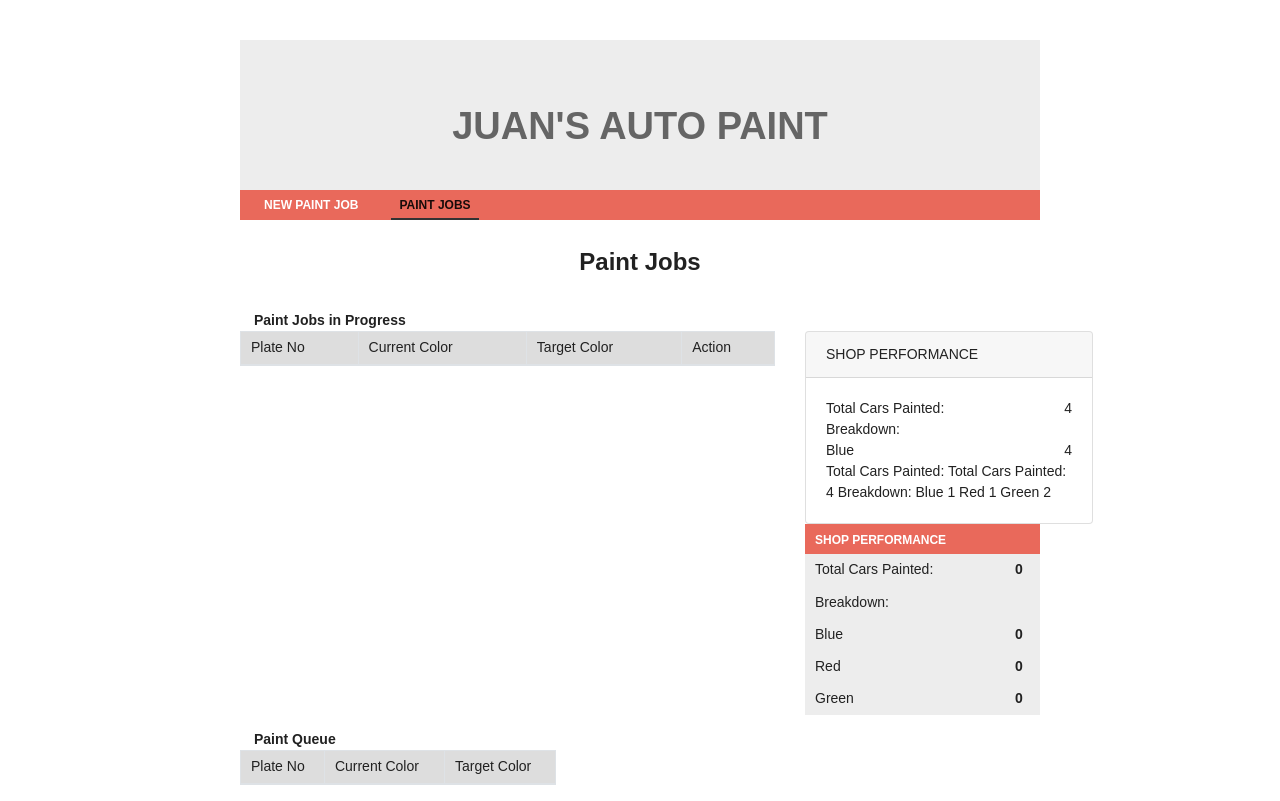
Repository: soycaringal/paint-job
Page: http://localhost/jobs
The author's editor kept a copy of each file at every save. The page is drawn from the files as they stood at one save, then again after the next save.
The browser window is 1280 px wide. The pictures show the whole page.
The page is served by the project's Laravel application, run on PHP 8.4 with Laravel 8. Other server files are loaded and not shown. Queries for data that is not in the repository find no rows.

Above is the page before, as saved 2020-02-23 19:58:57.

### routes/web.php
<?php

/*
|--------------------------------------------------------------------------
| Web Routes
|--------------------------------------------------------------------------
|
| Here is where you can register web routes for your application. These
| routes are loaded by the RouteServiceProvider within a group which
| contains the "web" middleware group. Now create something great!
|
*/

Route::get('/', 'CarController@index')->name('home');
Route::get('/jobs', 'CarController@jobs')->name('jobs');
Route::post('/car', 'CarController@store')->name('car.store');

// Route::post('/car', function () {

//     return 'aw';
// });

### app/Http/Controllers/CarController.php
<?php

namespace App\Http\Controllers;

use App\Car;
use Illuminate\Http\Request;

class CarController extends Controller
{
    private $car;

    public function __construct(Car $car) {
        $this->car = $car;
    }

    /**
     * Display a listing of the resource.
     *
     * @return \Illuminate\Http\Response
     */
    public function index()
    {
        $cars = $this->car->all();
        return view('home', compact('cars'));
    }

        /**
     * Display a listing of the resource.
     *
     * @return \Illuminate\Http\Response
     */
    public function jobs()
    {
        return view('jobs');
    }

    /**
     * Show the form for creating a new resource.
     *
     * @return \Illuminate\Http\Response
     */
    public function create()
    {
        //
    }

    /**
     * Store a newly created resource in storage.
     *
     * @param  \Illuminate\Http\Request  $request
     * @return \Illuminate\Http\Response
     */
    public function store(Request $request)
    {
        $data = $request->all();

        $car = new Car();
        $car->plate_no = $data['plate_no'];
        $car->current_color = $data['current_color'];
        $car->target_color = $data['target_color'];
        $car->save();

        return redirect('jobs');
    }

    /**
     * Display the specified resource.
     *
     * @param  \App\Car  $car
     * @return \Illuminate\Http\Response
     */
    public function show(Car $car)
    {
        //
    }

    /**
     * Show the form for editing the specified resource.
     *
     * @param  \App\Car  $car
     * @return \Illuminate\Http\Response
     */
    public function edit(Car $car)
    {
        //
    }

    /**
     * Update the specified resource in storage.
     *
     * @param  \Illuminate\Http\Request  $request
     * @param  \App\Car  $car
     * @return \Illuminate\Http\Response
     */
    public function update(Request $request, Car $car)
    {
        $car = $this->car->find($request->id);
        $car->status = 'completed';
        $car->save();
    }

    /**
     * Remove the specified resource from storage.
     *
     * @param  \App\Car  $car
     * @return \Illuminate\Http\Response
     */
    public function destroy(Car $car)
    {
        //
    }
}

### resources/views/jobs.blade.php
@extends('layouts.app')

@section('content')
<div class="paint-jobs-content">
    <section>
        <div class="paint-job-title">
            <h1>Paint Jobs</h1>
        </div>
    </section>
    <div class="paint-jobs-wrapper">
        <section class="car-in-progress">
            <h3>Paint Jobs in Progress</h3>
            <table class="table table-bordered">
                <thead class="thead">
                    <tr>
                        <th scope="col">Plate No</th>
                        <th scope="col">Current Color</th>
                        <th scope="col">Target Color</th>
                        <th scope="col">Action</th>
                    </tr>
                </thead>
                <tbody class="car-in-progress-rows">

                </tbody>
            </table>
        </section>
        <section class="car-performance">
            <div class="card" style="width: 18rem;">
                <div class="card-header">SHOP PERFORMANCE</div>
                <div class="card-body">
                    <p class="mb-0">
                        <span class="card-text">Total Cars Painted:</span>
                        <span class="float-right">4</span>
                    </p>
                    <p class="mb-0">
                        <span class="card-text">Breakdown:</span>
                    </p>
                    <p class="mb-0">
                        <span class="card-text">Blue</span>
                        <span class="float-right">4</span>
                    </p>



                    <span>Total Cars Painted:</span>
                    <span>Total Cars Painted:</span>
                    	4
                    Breakdown:
                    Blue	1
                    Red	1
                    Green	2
                </div>
            </div>
            <table class="table table-borderless">
                <thead class="thead">
                    <tr>
                        <th scope="col" colspan="2">SHOP PERFORMANCE</th>
                    </tr>
                </thead>
                <tbody class="car-performance-rows">

                </tbody>
            </table>
        </section>
    </div>

    <section class="car-queue row">
        <div class="col-5">
            <h3>Paint Queue</h3>
            <table class="table table-bordered">
                <thead class="thead">
                    <tr>
                        <th scope="col">Plate No</th>
                        <th scope="col">Current Color</th>
                        <th scope="col">Target Color</th>
                    </tr>
                </thead>
                <tbody class="car-queue-rows">

                </tbody>
            </table>
        </div>
    </section>
</div>

<script>
    $(document).ready(() => {
        getData();
        // poll();
    })

    function templatePending(cars) {
        let template = '\
        <tr> \
            <td>{PLATE_NO}</td> \
            <td>{CURRENT_COLOR}</td> \
            <td>{TARGET_COLOR}</td> \
            <td class="text-center">{ACTION}</td> \
        </tr>';

        let result = '';
        cars.forEach(car => {
            const action = '<a onclick="updateStatus(' + car.id + ')" href="javascript:void(0)">Mark as Completed</>'
            let row =  template
                .replace('{PLATE_NO}', car.plate_no)
                .replace('{CURRENT_COLOR}', car.current_color)
                .replace('{TARGET_COLOR}', car.target_color)
                .replace('{ACTION}', action)

            result += row;
        });

        $('.car-in-progress-rows').html(result);
    }

    function templateQueue(cars) {
        let template = '\
        <tr> \
            <td>{PLATE_NO}</td> \
            <td>{CURRENT_COLOR}</td> \
            <td>{TARGET_COLOR}</td> \
        </tr>';

        let result = '';
        cars.forEach(car => {
            const action = '<a onclick="updateStatus(' + car.id + ')" href="javascript:void(0)">Mark as Completed</>'
            let row =  template
                .replace('{PLATE_NO}', car.plate_no)
                .replace('{CURRENT_COLOR}', car.current_color)
                .replace('{TARGET_COLOR}', car.target_color)

            result += row;
        });

        $('.car-queue-rows').html(result);
    }

    function templatePerformance(car) {
        let template = '\
        <tr> \
            <td>Total Cars Painted:</td> \
            <td>{TOTAL_CARS}</td> \
        </tr> \
        <tr> \
            <td colspan="2">Breakdown:</td> \
        </tr> \
        <tr> \
            <td>Blue</td> \
            <td>{TOTAL_BLUE}</td> \
        </tr> \
        <tr> \
            <td>Red</td> \
            <td>{TOTAL_RED}</td> \
        </tr> \
        <tr> \
            <td>Green</td> \
            <td>{TOTAL_GREEN}</td> \
        </tr>';

        let result =  template
            .replace('{TOTAL_CARS}', car.total_cars)
            .replace('{TOTAL_BLUE}', car.total_blue)
            .replace('{TOTAL_RED}', car.total_red)
            .replace('{TOTAL_GREEN}', car.total_green)

        $('.car-performance-rows').html(result);
    }

    function updateStatus(id) {
        $.post('/api/car', {id: id})
        .then((res) => {
            console.log(res);
        });
    }

    async function getData()  {
        await $.get('/api/cars')
        .then((result) => {
            templatePending(result.pending);
            templateQueue(result.queue);
        });

        await $.get('/api/cars/performance')
        .then((result) => {
            templatePerformance(result);
        });
    }

    function poll() {
        setTimeout(() => {
            getData()
            .then(poll())
        }, 3000);
    }
</script>


@endsection

### resources/views/layouts/app.blade.php
<!DOCTYPE html>
<html lang="{{ str_replace('_', '-', app()->getLocale()) }}">
    <head>
        <meta charset="utf-8">
        <meta name="viewport" content="width=device-width, initial-scale=1">

        <title>Laravel</title>

        <!-- Fonts -->
        <link href="https://fonts.googleapis.com/css?family=Nunito:200,600" rel="stylesheet">
        <link rel="stylesheet" href="https://stackpath.bootstrapcdn.com/bootstrap/4.1.3/css/bootstrap.min.css" integrity="sha384-MCw98/SFnGE8fJT3GXwEOngsV7Zt27NXFoaoApmYm81iuXoPkFOJwJ8ERdknLPMO" crossorigin="anonymous">
        <script src="https://code.jquery.com/jquery-3.3.1.slim.min.js" integrity="sha384-q8i/X+965DzO0rT7abK41JStQIAqVgRVzpbzo5smXKp4YfRvH+8abtTE1Pi6jizo" crossorigin="anonymous"></script>
        <script src="https://cdnjs.cloudflare.com/ajax/libs/popper.js/1.14.3/umd/popper.min.js" integrity="sha384-ZMP7rVo3mIykV+2+9J3UJ46jBk0WLaUAdn689aCwoqbBJiSnjAK/l8WvCWPIPm49" crossorigin="anonymous"></script>
        <script src="https://stackpath.bootstrapcdn.com/bootstrap/4.1.3/js/bootstrap.min.js" integrity="sha384-ChfqqxuZUCnJSK3+MXmPNIyE6ZbWh2IMqE241rYiqJxyMiZ6OW/JmZQ5stwEULTy" crossorigin="anonymous"></script>
        <link href="/css/main.css" rel="stylesheet">
        <script src="https://code.jquery.com/jquery-3.4.1.min.js"
                integrity="sha256-CSXorXvZcTkaix6Yvo6HppcZGetbYMGWSFlBw8HfCJo=" crossorigin="anonymous"></script>
    </head>
    <body>
        <div class="car-container">
            <header>
                <div class="jumbotron text-center">
                    <h1>Juan's Auto Paint</h1>
                </div>
                <nav class="navbar navbar-expand-lg navbar-light">
                    <div class="collapse navbar-collapse" id="navbarText">
                        <ul class="navbar-nav mr-auto">
                            <li class="nav-item {{ Route::is('home') ? 'active' : '' }}">
                                <a class="nav-link" href="/">NEW PAINT JOB</a>
                            </li>
                            <li class="nav-item {{ Route::is('jobs') ? 'active' : '' }}">
                                <a class="nav-link" href="/jobs">PAINT JOBS</a>
                            </li>
                            </li>
                        </ul>
                    </div>
                </nav>
            </header>
            <main>
                @yield('content')
            </main>
        </div>
    </body>
</html>

### public/css/main.css
body {
    font-family: Arial;
    color: #212121;
}

header {
    margin-top: 40px;
}

header .jumbotron {
    background-color: #ededed;
    border-radius: 0;
    height: 150px;
    margin-bottom: 0;
}

header h1 {
    color: #656565;
    font-family: 'arial';
    font-size: 38px;
    font-weight: bold;
    text-transform: uppercase;
}

.car-container {
    margin: 0 auto;
    width: 800px;
}

.navbar {
    background-color: #e9695b;
    height: 30px;
    font-size: 12px;
}

.navbar .nav-item a {
    color: #333333;
    font-weight: bold;
    margin-right: 25px;
}

.navbar-light .navbar-nav .nav-item.active .nav-link {
    padding-bottom: 4px;
    border-bottom: 2px solid #333;
}

.navbar-light .navbar-nav .nav-link {
    color: #FFFFFF;
}

.paint-job-title h1 {
    text-align: center;
    font-size: 24px;
    font-weight: bold;
    margin-top: 28px;
}

.paint-job-images {
    margin-top: 30px;
}

.paint-job-images figure {
    text-align: center;
}

.car-details {
    margin-left: 15px;
    margin-top: 25px;
    font-size: 14px;
    color: #212121;
}

.car-details h2 {
    font-size: 16px;
    font-weight: bold;
}

.car-details button {
    background-color: #e9695b;
    color: #FFFFFF;
    font-size: 14px;
    border-radius: 0;
    width: 150px;
}

.paint-jobs-content {
    font-size: 14px;
}

.paint-jobs-content h3 {
    font-size: 14px;
    font-weight: bold;
    margin-left: 14px;
    margin-bottom: 2px;
}

.paint-jobs-content .table .thead th, .paint-jobs-content .table tbody td {
    padding: .4em;
    font-weight: normal;
    padding-left: 10px;
}

.paint-jobs-content .table .thead {
    background-color: #dddddd;
    height: 30px;
}

.paint-jobs-content .car-performance .table .thead th {
    font-weight: bold;
}

.paint-jobs-content .car-performance .table .thead {
    background-color: #e9695b;
    color: #FFFFFF;
    font-size: 12px;
}

.paint-jobs-content .car-performance .table tbody {
    background-color: #ededed;
}

.paint-jobs-content .car-in-progress tbody a {
    color: #e9695b;
    font-weight: bold;
}

.paint-jobs-content .car-in-progress {
    width: 535px;
}

.paint-jobs-content .car-performance {
    margin-top: 19px;
    margin-left: 30px;
    width: 235px;
}

.paint-jobs-content .paint-jobs-wrapper {
    display: flex;
    margin-top: 35px;
}

.paint-jobs-content .car-performance-rows tr td:nth-child(2) {
    font-weight: bold;
}

Loaded but not shown: app/Http/Controllers/Controller.php (common file); app/Car.php (common file)

After the next save:
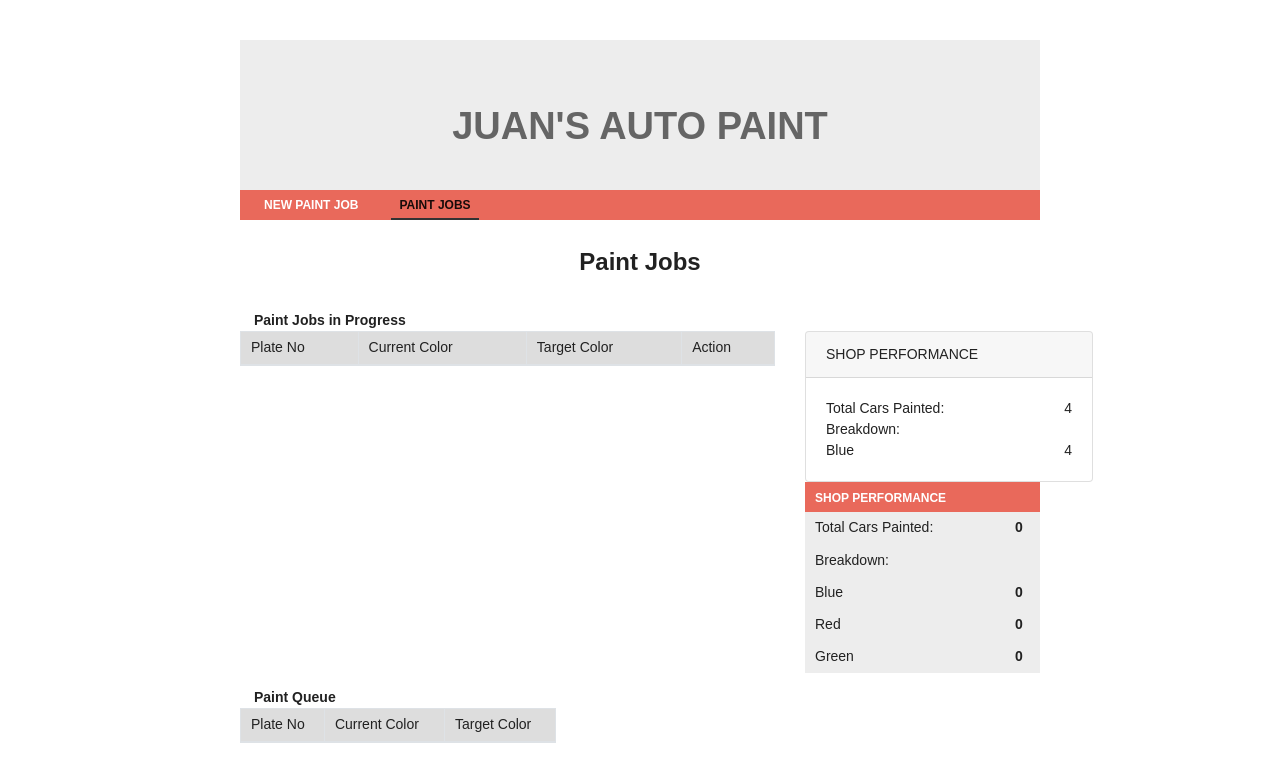
Saved 5 s later.
--- a/resources/views/jobs.blade.php
+++ b/resources/views/jobs.blade.php
@@ -40,15 +40,6 @@
                         <span class="float-right">4</span>
                     </p>
 
-
-
-                    <span>Total Cars Painted:</span>
-                    <span>Total Cars Painted:</span>
-                    	4
-                    Breakdown:
-                    Blue	1
-                    Red	1
-                    Green	2
                 </div>
             </div>
             <table class="table table-borderless">

After the save that followed:
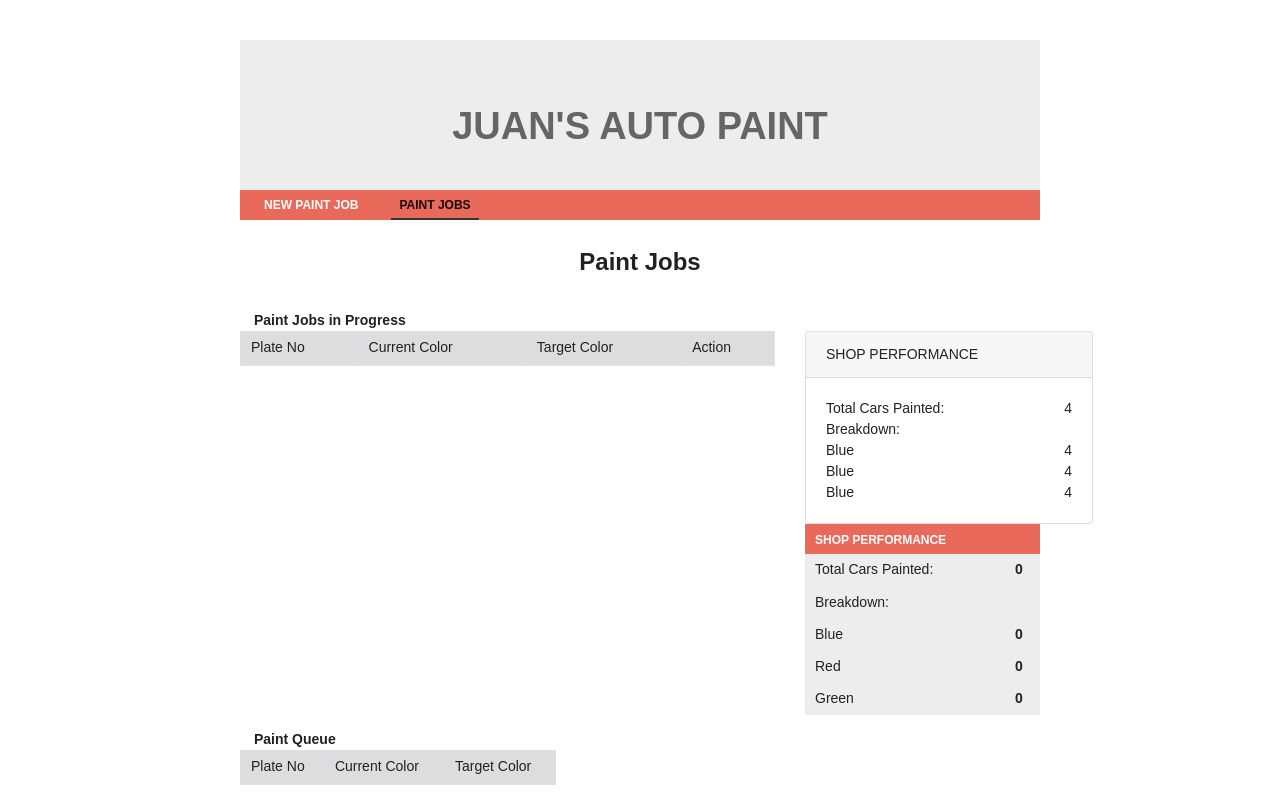
Saved 6 s later.
--- a/resources/views/jobs.blade.php
+++ b/resources/views/jobs.blade.php
@@ -34,6 +34,14 @@
                     </p>
                     <p class="mb-0">
                         <span class="card-text">Breakdown:</span>
+                    </p>
+                    <p class="mb-0">
+                        <span class="card-text">Blue</span>
+                        <span class="float-right">4</span>
+                    </p>
+                    <p class="mb-0">
+                        <span class="card-text">Blue</span>
+                        <span class="float-right">4</span>
                     </p>
                     <p class="mb-0">
                         <span class="card-text">Blue</span>
